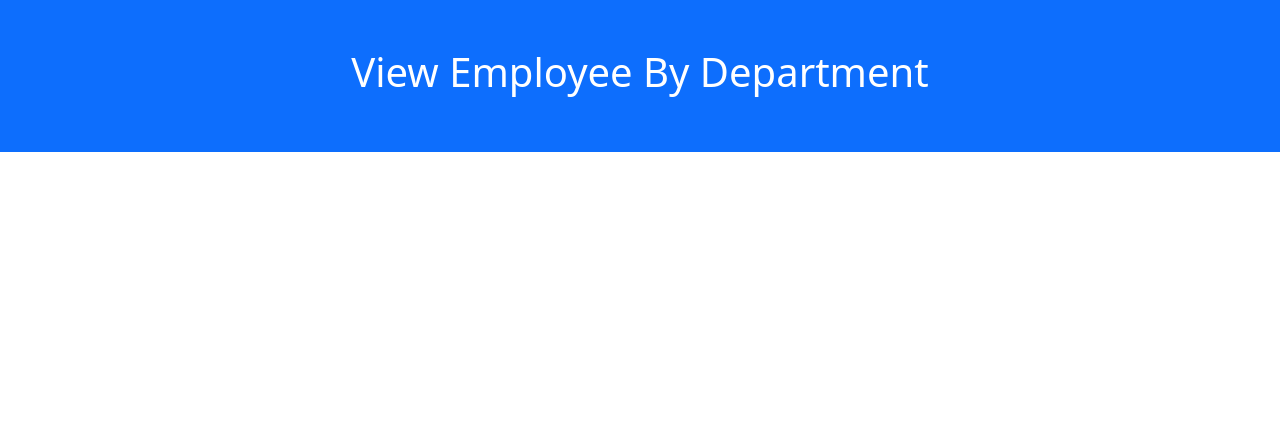
Repository: Rishicollinz/Java_Fullstack
Page: Eclipse 2/jspproject/src/main/webapp/view/bydept.html
The author's editor kept a copy of each file at every save. The page is drawn from the files as they stood at one save, then again after the next save.
The browser window is 1280 px wide. The pictures show the whole page.

Above is the page before, as saved 2023-05-18 15:36:42.

### Eclipse 2/jspproject/src/main/webapp/view/bydept.html
<!DOCTYPE html>
<html>
<head>
<meta charset="UTF-8">
<title>View By department</title>

<link href="https://cdn.jsdelivr.net/npm/bootstrap@5.2.3/dist/css/bootstrap.min.css" rel="stylesheet">
<script src="https://cdn.jsdelivr.net/npm/bootstrap@5.2.3/dist/js/bootstrap.bundle.min.js"></script>

</head>
<body>

<div class="container-fluid p-5 bg-primary text-white text-center">
  <h1>View Employee By Department</h1>
</div>


</body>
</html>

After the next save:
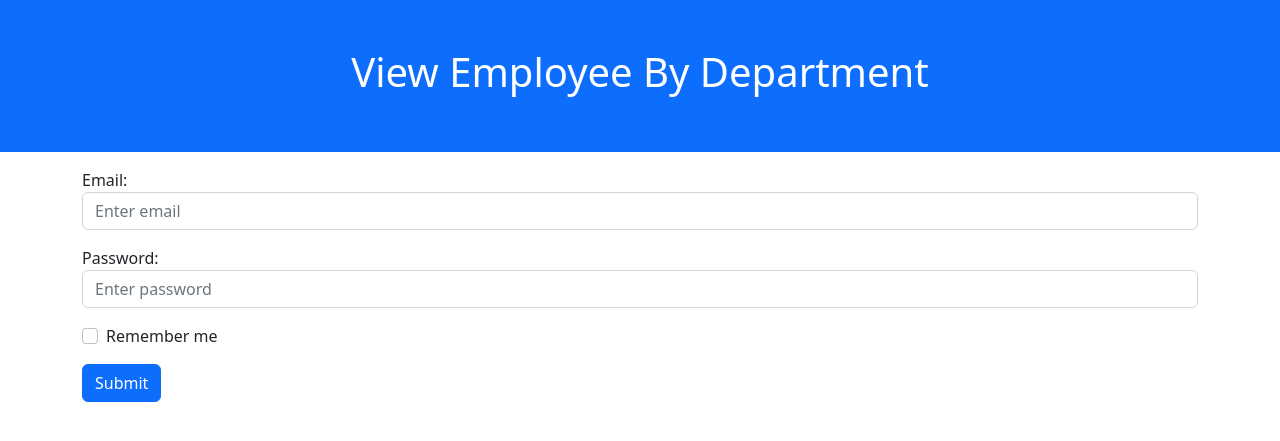
Saved 110 s later.
--- a/Eclipse 2/jspproject/src/main/webapp/view/bydept.html
+++ b/Eclipse 2/jspproject/src/main/webapp/view/bydept.html
@@ -14,6 +14,25 @@
   <h1>View Employee By Department</h1>
 </div>
 
+<div class="container mt-3">
+  <form action="bydept.jsp">
+    <div class="mb-3 mt-3">
+      <label for="email">Email:</label>
+      <input type="email" class="form-control" id="email" placeholder="Enter email" name="email">
+    </div>
+    <div class="mb-3">
+      <label for="pwd">Password:</label>
+      <input type="password" class="form-control" id="pwd" placeholder="Enter password" name="pswd">
+    </div>
+    <div class="form-check mb-3">
+      <label class="form-check-label">
+        <input class="form-check-input" type="checkbox" name="remember"> Remember me
+      </label>
+    </div>
+    <button type="submit" class="btn btn-primary">Submit</button>
+  </form>
+</div>
+
 
 </body>
 </html>
